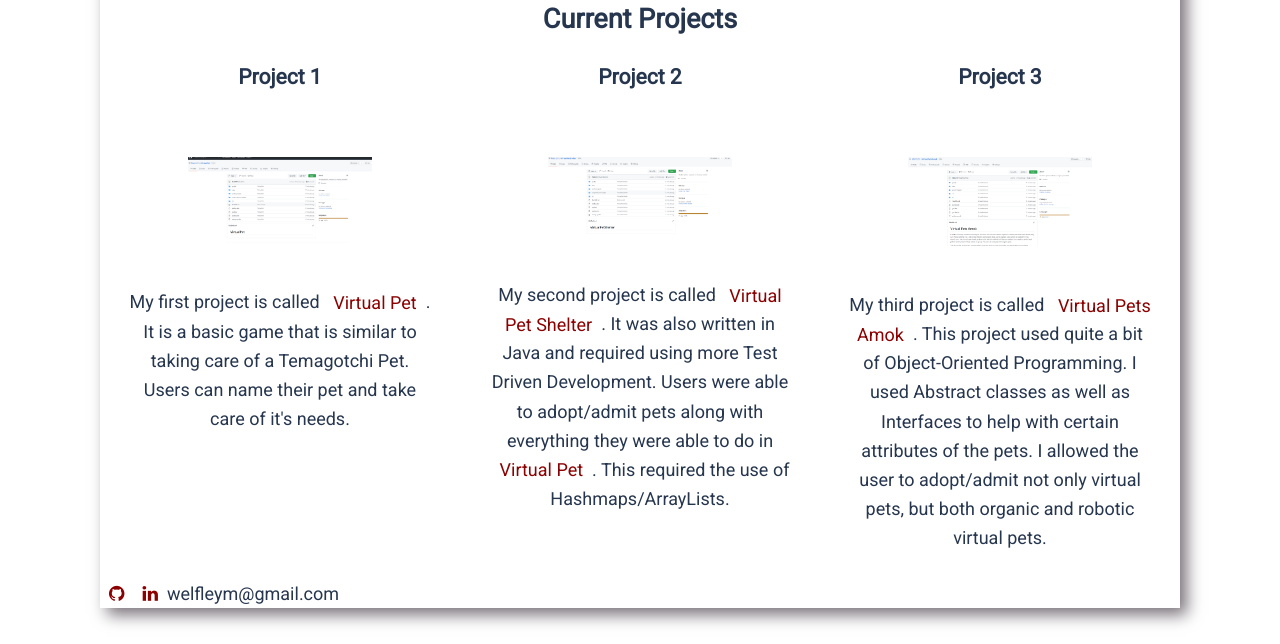
Repository: Matt1218/Matt1218.github.io
Page: index.html
The author's editor kept a copy of each file at every save. The page is drawn from the files as they stood at one save, then again after the next save.
The browser window is 1280 px wide. The pictures show the part of the page from y = 673 to 1317 px (the page is 1317 px tall).
A picture or video elsewhere on the page could not be fetched, so the positions and the page height are approximate.

Above is the page before, as saved 2022-03-21 14:02:28.

### index.html
<!DOCTYPE html>
<html lang="en">

<head>
    <meta charset="UTF-8">
    <meta http-equiv="X-UA-Compatible" content="IE=edge">
    <meta name="viewport" content="width=device-width, initial-scale=1.0">
    <link rel="stylesheet" href="https://cdnjs.cloudflare.com/ajax/libs/font-awesome/4.7.0/css/font-awesome.min.css">
    <link rel="stylesheet" href="style.css">
    <title>Matt's Portfolio</title>
</head>

<body>
    <div class="container">
        <header class="page-header">
            <h1 id="header-logo">Matt Welfley</h1>
            <ul class="header-nav">
                <li>
                    <nav class="header-nav-item"><a href="#profile">About Me</a></nav>
                </li>
                <li>
                    <nav class="header-nav-item"><a href="#projects">Projects</a></nav>
                </li>
            </ul>
        </header>
        <section id="profile">

            <figure id="profile-image">
                <img src="./assets/Headshot (2).jpg" alt="A profile picture of me">
            </figure>
            <article class="bio">
                <h2>About Me:</h2>
                <p>I graduated from Kent State University with a Bachelor's of Arts Degree in Organizational
                    Communication. I enjoy backpacking, climbing, disc golf, and writing clean, functional code. I am
                    currently
                    based in Kent, Ohio. </p>
                <section class="skills">
                    <h2>Technical Skills:</h2>
                    <ul>
                        <li>Java</li>
                        <li>HTML</li>
                        <li>CSS</li>
                        <li>JavaScript</li>
                        <li>MVC</li>
                        <li>Spring</li>
                        <li>Thymeleaf</li>
                        <li>Object Oriented Programming</li>
                    </ul>
                </section>
                <h2 class="contact">Contact</h2>
                <p id="contact">You can contact me at: <strong>welfleym@gmail.com</strong>. Here is my <a
                        href="https://github.com/Matt1218">GitHub</a> and <a
                        href="https://www.linkedin.com/in/matt-welfley">LinkedIn</a>.</p>
            </article>

        </section>

        <h2 id="projects-title">Current Projects</h2>
        <section id="projects">
            <article class="projects-column">
                <h3 class="projects-column-title">Project 1</h3>
                <figure class="projects-column-figure">
                    <img src="./assets/VIrtualPetScreenshot.png" alt="VirtualPetScreenshot" class="projects-image-1">
                    <p>My first project is called <a href="https://github.com/Matt1218/VirtualPet">Virtual Pet</a>. It
                        is a
                        basic game that is similar to taking care of a Temagotchi Pet. Users can name their pet and take
                        care of it's needs.</p>
                </figure>
            </article>

            <article class="projects-column">
                <h3 class="projects-column-title">Project 2</h3>
                <figure class="projects-column-figure">
                    <img src="./assets/VirtualPetShelterScreenshot.png" alt="VirtualPetShelterScreenshot"
                        class="projects-image-2">
                    <p>My second project is called <a href="https://github.com/Matt1218/VirtualPetShelter">Virtual Pet
                            Shelter</a>. It was also written in Java and required using more Test Driven Development.
                        Users
                        were able to adopt/admit pets along with everything they were able to do in <a
                            href="https://github.com/Matt1218/VirtualPet">Virtual Pet</a>. This required the use of
                        Hashmaps/ArrayLists.</p>
                </figure>
            </article>
            <article class="projects-column">
                <h3 class="projects-column-title">Project 3</h3>
                <figure class="projects-column-figure">
                    <img src="./assets/VirtualPetsAmokScreenshot.png" alt="VirtualPetsAmokScreenshot"
                        class="projects-image-3">
                    <p>My third project is called <a href="https://github.com/Matt1218/VirtualPetsAmok">Virtual Pets
                            Amok</a>. This project used quite a bit of Object-Oriented Programming. I used Abstract
                        classes
                        as well as Interfaces to help with certain attributes of the pets. I allowed the user to
                        adopt/admit
                        not only virtual pets, but both organic and robotic virtual pets.</p>
                </figure>
            </article>
        </section>

        <footer id="footer">
            <a href="https://github.com/Matt1218" class="fa fa-github"></a>
            <a href="https://www.linkedin.com/in/matt-welfley" class="fa fa-linkedin"></a>
            <span>welfleym@gmail.com</span>
        </footer>
    </div>
</body>

</html>

### style.css
@import url('https://fonts.googleapis.com/css2?family=Roboto');

* {
    box-sizing: border-box;
    margin: 0;
    padding: 0;
}

html {
    color: rgb(38, 54, 78);
    font: 18px/1.618 sans-serif;
    font-family: 'Roboto', sans-serif;
}

a {
    color: darkred;
    padding: .25rem .5rem;
    text-decoration: none;
}

.container {
    background-color: white;
    margin: 2rem auto;
    max-width: 60rem;
    width: 90%;
    -webkit-box-shadow: 7px 7px 15px 0px rgba(122, 115, 122, 1);
    -moz-box-shadow: 7px 7px 15px 0px rgba(122, 115, 122, 1);
    box-shadow: 7px 7px 15px 0px rgba(122, 115, 122, 1);
}

.page-header {
    display: flex;
    align-items: center;
    justify-content: space-between;
}

#header-logo {
    margin-left: 1.5rem;
    font-style: bold;
}

.header-nav {
    display: flex;
    list-style-type: none;
}

.header-nav-item {
    list-style-type: none;
    margin: 1rem;
}

.header-nav-item:hover {
    background-color: grey;
    border: .5px solid rgb(38, 54, 78);
    border-radius: .5rem;
    transition: .5s;
}

#profile {
    display: flex;
    justify-content: space-between;
}

#profile img {
    width: 70%;
    margin: 1rem;
    height: auto;
    border-radius: 5px;

}

#projects img {
    width: 60%;
    margin: 2rem;
}

.bio {
    display: flex;
    flex-direction: column;
    margin: .5rem 3rem;
}

.skills {
    margin-top: 1rem;
}

.contact {
    margin: 2rem 0rem 0rem;
}

#projects-title{
    text-align: center;
    margin: 1rem;
}

#projects{
    display: grid;
    grid-template-columns: 1fr 1fr 1fr;
}

.projects-column-title{
    text-align: center;
}

.projects-column-figure{
    text-align: center;
    margin: 1.5rem;
}

#footer{
    display: flex;
    align-items: center;
}

After the next save:
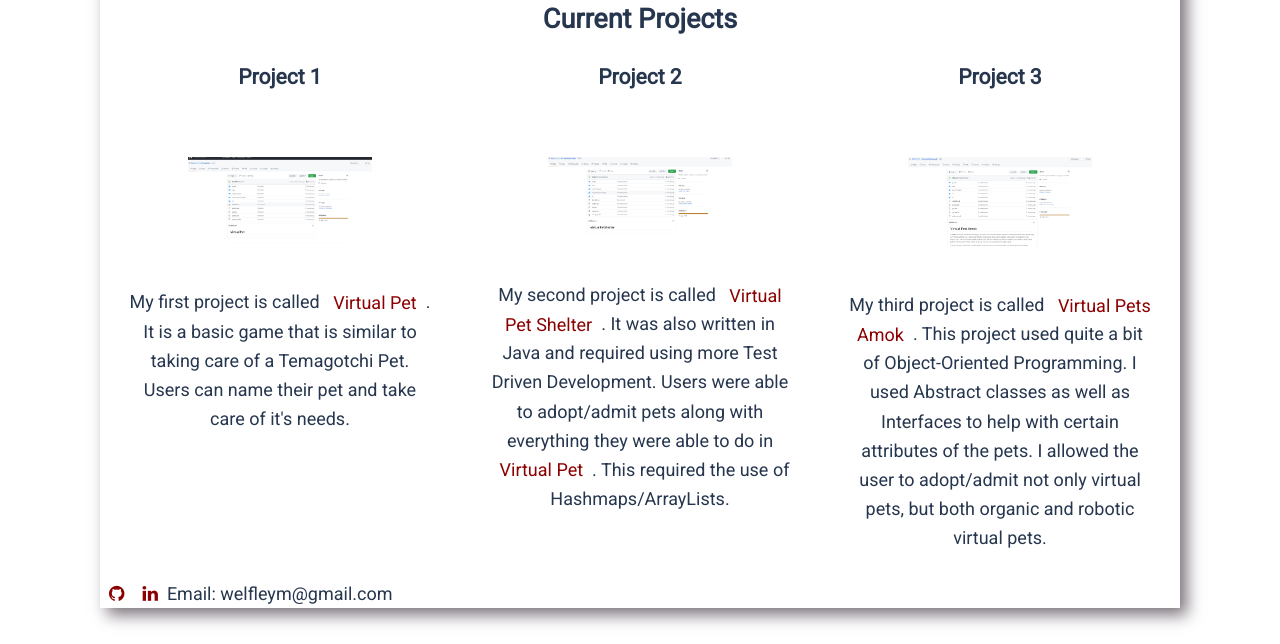
Saved 17 s later.
--- a/index.html
+++ b/index.html
@@ -99,7 +99,7 @@
         <footer id="footer">
             <a href="https://github.com/Matt1218" class="fa fa-github"></a>
             <a href="https://www.linkedin.com/in/matt-welfley" class="fa fa-linkedin"></a>
-            <span>welfleym@gmail.com</span>
+            <span>Email: welfleym@gmail.com</span>
         </footer>
     </div>
 </body>
